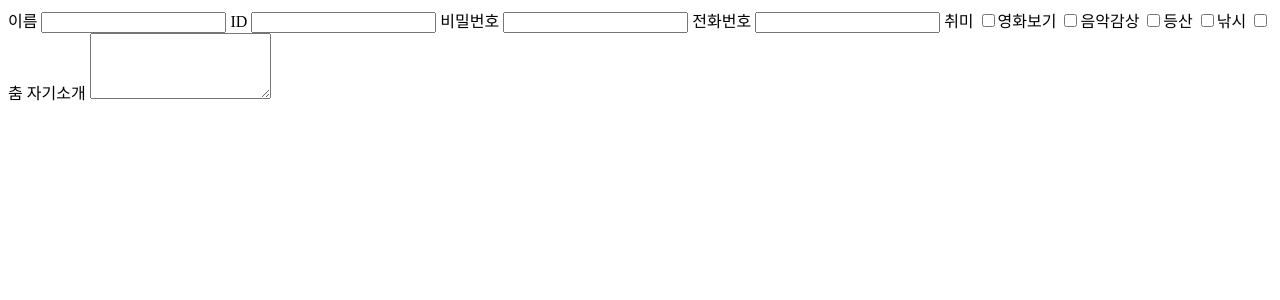
Repository: yuntaekOhO/SY_Academy_Study
Page: http://localhost/ch03-JSP/ch02-nestedObject/s05_registerForm.jsp
An editor plug-in stored every save of this project. The page is shown before and after the next save, followed by the edit.
The browser window is 1280 px wide. The pictures show the whole page.
The page is served by Tomcat 9. Other server files are loaded and not shown.

Above is the page before, as saved 2022-06-24 06:45:08.

### workspace_jsp/ch03-JSP/src/main/webapp/ch02-nestedObject/s05_registerForm.jsp
<%@ page language="java" contentType="text/html; charset=UTF-8"
    pageEncoding="UTF-8"%>
<!DOCTYPE html>
<html>
<head>
<meta charset="UTF-8">
<title>[실습]회원가입</title>
</head>
<body>
<form action="s06_register.jsp" method="post" id="myForm">
	이름 <input type="text" name="name">
	ID <input type="text" name="id">
	비밀번호 <input type="password" name="password">
	전화번호 <input type="text" name="phone">
	취미
	<input type="checkbox" name="hobby" value="영화보기">영화보기
	<input type="checkbox" name="hobby" value="음악감상">음악감상
	<input type="checkbox" name="hobby" value="등산">등산
	<input type="checkbox" name="hobby" value="낚시">낚시
	<input type="checkbox" name="hobby" value="춤">춤

	자기소개 <textarea rows="4" cols="20" name="content"></textarea>
</form>
</body>
</html>

After the next save:
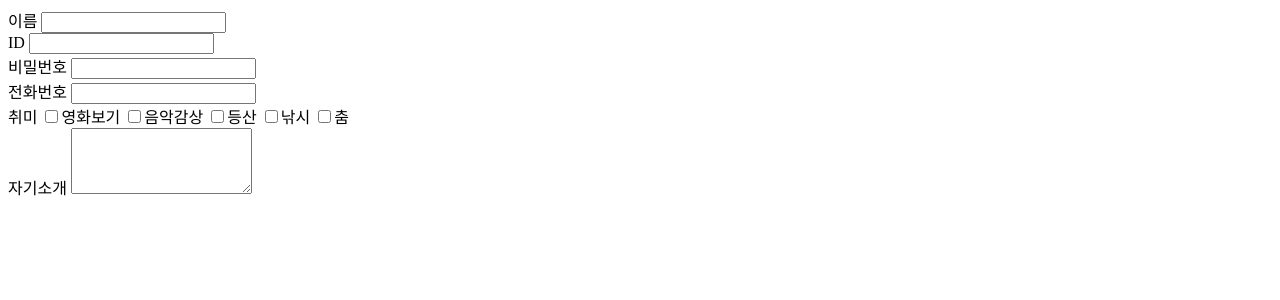
Saved 16 s later.
--- a/workspace_jsp/ch03-JSP/src/main/webapp/ch02-nestedObject/s05_registerForm.jsp
+++ b/workspace_jsp/ch03-JSP/src/main/webapp/ch02-nestedObject/s05_registerForm.jsp
@@ -8,16 +8,16 @@
 </head>
 <body>
 <form action="s06_register.jsp" method="post" id="myForm">
-	이름 <input type="text" name="name">
-	ID <input type="text" name="id">
-	비밀번호 <input type="password" name="password">
-	전화번호 <input type="text" name="phone">
+	이름 <input type="text" name="name"><br>
+	ID <input type="text" name="id"><br>
+	비밀번호 <input type="password" name="password"><br>
+	전화번호 <input type="text" name="phone"><br>
 	취미
 	<input type="checkbox" name="hobby" value="영화보기">영화보기
 	<input type="checkbox" name="hobby" value="음악감상">음악감상
 	<input type="checkbox" name="hobby" value="등산">등산
 	<input type="checkbox" name="hobby" value="낚시">낚시
-	<input type="checkbox" name="hobby" value="춤">춤
+	<input type="checkbox" name="hobby" value="춤">춤<br>
 
 	자기소개 <textarea rows="4" cols="20" name="content"></textarea>
 </form>
